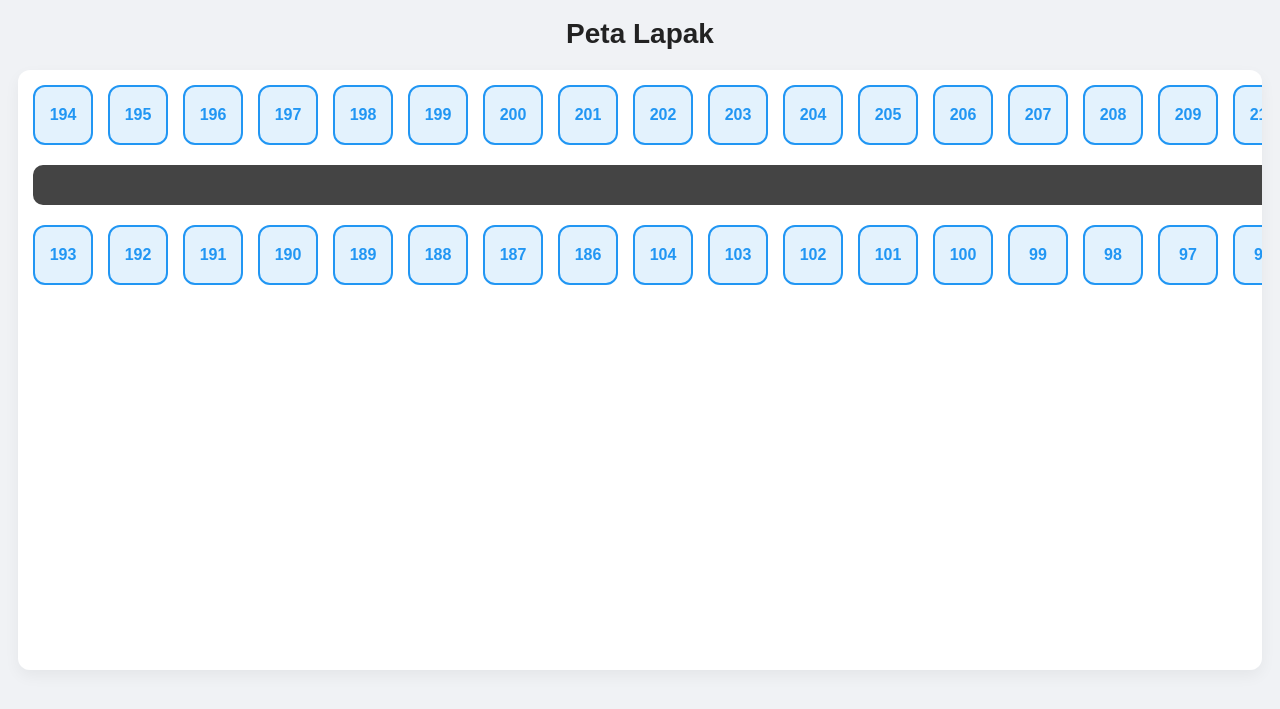
Repository: pasarrakyatbak/denah
Page: index.html
The author's editor kept a copy of each file at every save. The page is drawn from the files as they stood at one save, then again after a run of saves.
The browser window is 1280 px wide. The pictures show the whole page.

Above is the page before, as saved 2025-09-19 09:11:55.

After the next 2 saves:
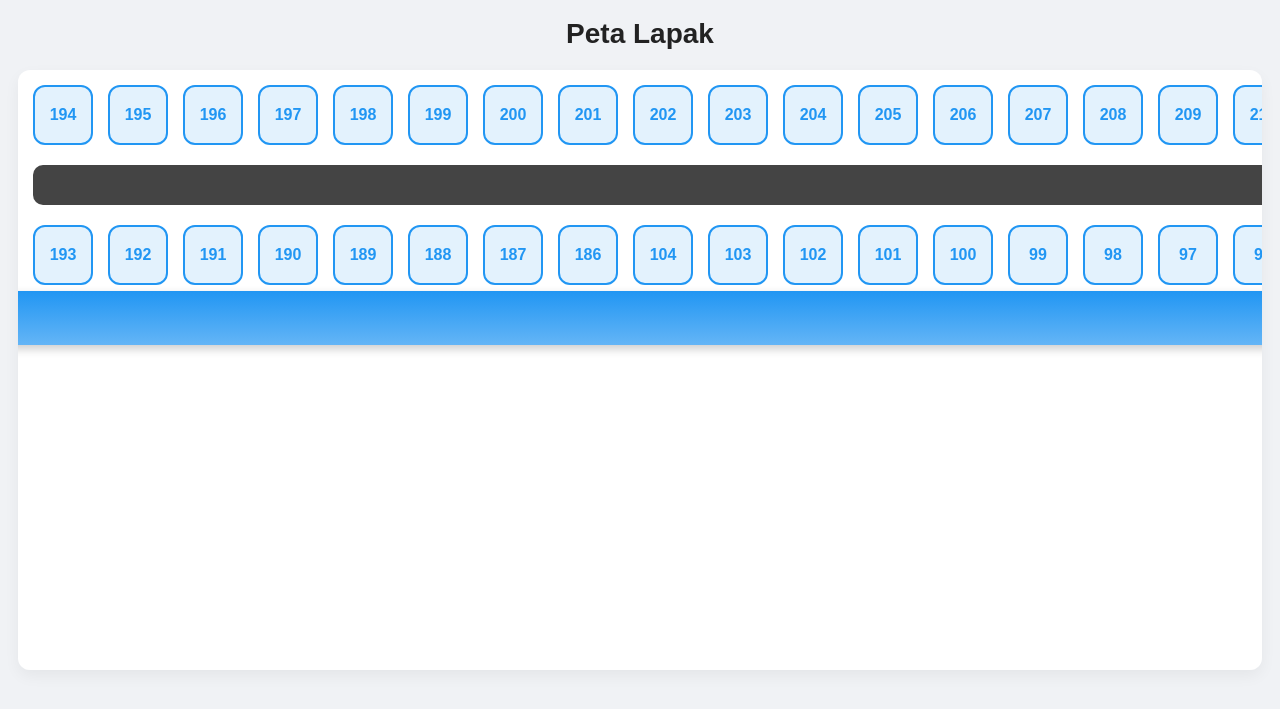
The 2 saves are shown as one change because they came seconds apart.
The last was saved 74 s later.
--- a/style.css
+++ b/style.css
@@ -135,20 +135,21 @@ h1 {
     align-items: center;
 }
 
-/* Jembatan Sungai khusus lapak */
 /* Sungai di bawah lapak */
 .sungai-bawah {
     position: absolute;
-    top: 100%;
-    /* selalu tepat di bawah lapak */
+    top: 105%;
+    /* sedikit jarak */
     left: 50%;
     transform: translateX(-50%);
-    width: 80px;
-    height: 55px;
+    width: 130%;
+    /* relatif terhadap lebar lapak */
+    height: 90%;
+    /* relatif terhadap tinggi lapak */
     background: linear-gradient(to bottom, #2196f3, #64b5f6);
     border-radius: 10px;
     color: #fff;
-    font-size: 14px;
+    font-size: 0.8em;
     font-weight: bold;
     display: flex;
     flex-direction: column;
@@ -159,7 +160,7 @@ h1 {
 }
 
 .sungai-bawah span {
-    font-size: 12px;
+    font-size: 0.7em;
     font-weight: 600;
 }
 
